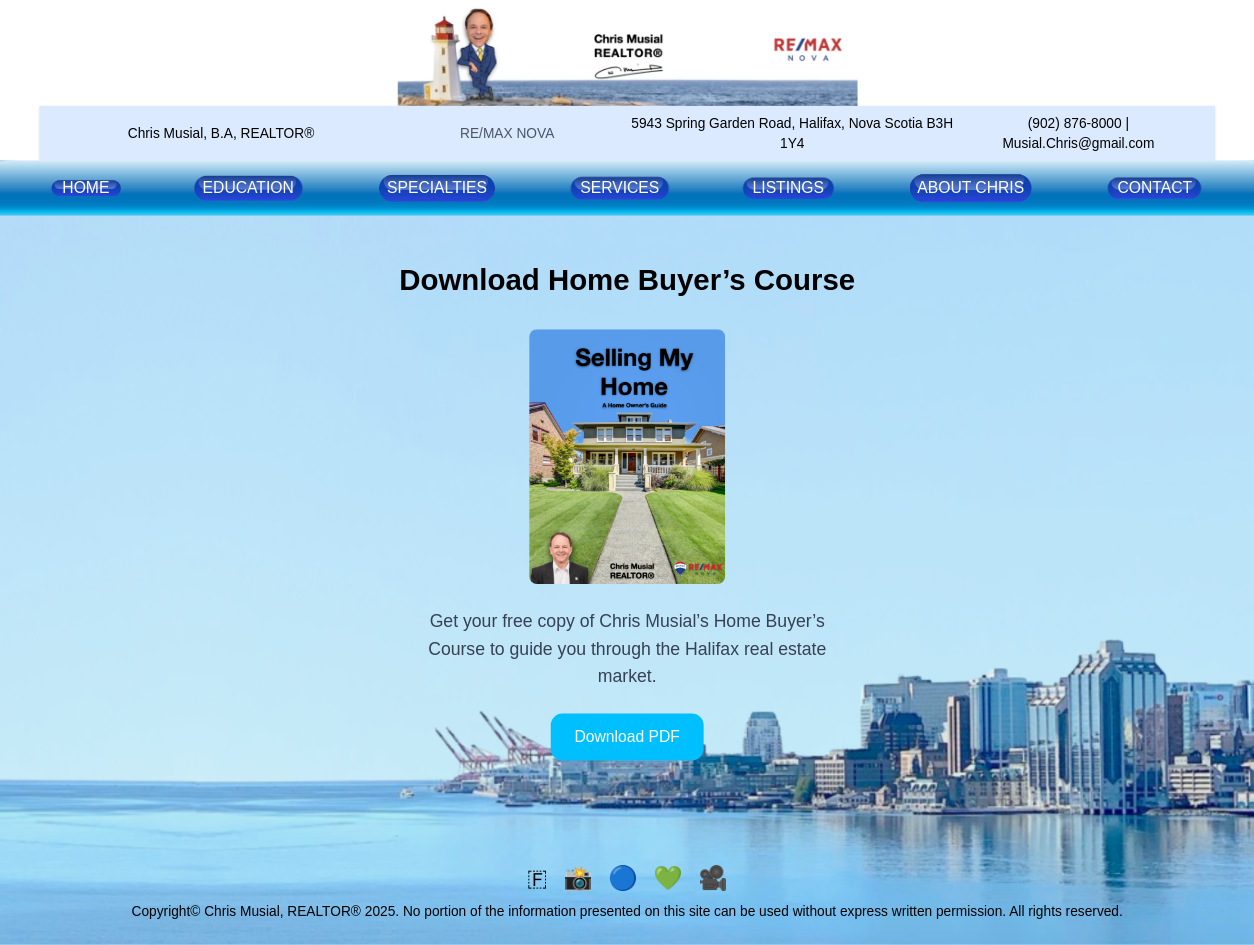
Repository: TMuse333/father-website
Page: /HomeBuyersCourse (app in frontend/)
The author's editor kept a copy of each file at every save. The page is drawn from the files as they stood at one save, then again after a run of saves.
The browser window is 1280 px wide. The pictures show the whole page, at 98% of full size.
The project was rebuilt for these pictures with package versions that can differ from the ones it lists, and the page was loaded fresh each time. The framework's server and built-in components were replaced by stand-ins that run in the browser. Also part of the build but not shown: frontend/next.config.ts.

Above is the page before, as saved 2025-05-23 21:48:16.

### frontend/src/app/HomeBuyersCourse/page.tsx
"use client"

import DownloadPage from "@/components/downloadPage/downloadPage"


const Page = () => {


    return (
        <>
        <DownloadPage/>
        </>
    )
}

export default Page

### frontend/src/components/downloadPage/downloadPage.tsx

"use client";

import React from "react";
import Image from "next/image";
import Head from "next/head";
import { motion } from "framer-motion";
import Navbar from "../navbar/navbar";

interface DownloadPageProps {
  pdfPath?: string;
  brochureImage?: string;
}

const DownloadPage: React.FC<DownloadPageProps> = ({
  pdfPath = "/chris-musial-home-buyers-course.pdf",
  brochureImage = "/home.png",
}) => {
  return (
    <div className="min-h-screen bg-gray-100 text-black flex flex-col relative">
      {/* Background Image */}
      <Image
        src="/portrait.png"
        alt="Cityscape Background"
        fill
        className="object-cover z-0"
        priority
        style={{ objectPosition: "0 100%" }}
      />

      {/* Header Section */}
      <header className="relative z-10 bg-white">
        <div className="relative w-full h-[15vh] max-h-[150px]">
          <Image
            src="/father-header.webp"
            alt="Chris Musial Realtor"
            fill
            className="object-contain max-w-[1200px] mx-auto"
            priority
          />
        </div>
        <div className="max-w-7xl mx-auto flex flex-col sm:flex-row justify-between items-center bg-white shadow max-w-[1200px] bg-blue-200">
          <div className="flex flex-col py-2 bg-blue-100 md:flex-row justify-between items-center w-full px-4 text-center">
            <div className="flex flex-col md:flex-row text-xs md:text-sm md:w-1/2 justify-around mb-4 md:mb-0">
              <p>Chris Musial, B.A, REALTOR®</p>
              <p className="text-gray-600">RE/MAX NOVA</p>
            </div>
            <div className="flex flex-col md:flex-row text-xs md:text-sm md:w-1/2 justify-around">
              <p>5943 Spring Garden Road, Halifax, Nova Scotia B3H 1Y4</p>
              <p>(902) 876-8000 | Musial.Chris@gmail.com</p>
            </div>
          </div>
        </div>
      </header>

      {/* Navigation */}
      <Navbar excludedLink="Download" />

      {/* Download Section */}
      <section className="max-w-7xl mx-auto py-12 px-4 relative z-10">
        <motion.h2
          className="text-3xl font-bold text-black mb-8 text-center"
          initial={{ opacity: 0, y: -20 }}
          animate={{ opacity: 1, y: 0 }}
          transition={{ duration: 0.6 }}
        >
          Download Home Buyer’s Course
        </motion.h2>
        <motion.div
          className="flex flex-col items-center mb-8 max-w-md mx-auto"
          initial={{ opacity: 0, scale: 0.95 }}
          animate={{ opacity: 1, scale: 1 }}
          transition={{ duration: 0.6, delay: 0.2 }}
        >
          <Image
            src={brochureImage}
            alt="Home Buyer's Course Brochure"
            width={200}
            height={200}
            className="object-contain rounded-lg mb-6"
          />
          <p className="text-lg text-gray-700 text-center mb-6">
            Get your free copy of Chris Musial’s Home Buyer’s Course to guide you
            through the Halifax real estate market.
          </p>
          <motion.a
            href={pdfPath}
            download
            className="bg-[#00bfff] text-white px-6 py-3 rounded-xl hover:scale-[1.05] transition-all"
            initial={{ opacity: 0, y: 20 }}
            animate={{ opacity: 1, y: 0 }}
            transition={{ duration: 0.6, delay: 0.4 }}
          >
            Download PDF
          </motion.a>
        </motion.div>
      </section>

      {/* Footer Section */}
      <footer className="py-6 relative z-10 text-black">
        <div className="max-w-7xl mx-auto px-4 flex flex-col items-center">
          <div className="flex space-x-4 mb-2">
            {["🇫", "📸", "🔵", "💚", "🎥"].map((icon) => (
              <a key={icon} href="#" className="text-2xl">
                {icon}
              </a>
            ))}
          </div>
          <p className="text-sm text-center">
            Copyright© Chris Musial, REALTOR® 2025. No portion of the information
            presented on this site can be used without express written permission.
            All rights reserved.
          </p>
        </div>
      </footer>
    </div>
  );
};

export default DownloadPage;

### frontend/src/components/navbar/navbar.tsx

"use client";

import React, { useState } from "react";
import { Menu, X } from "lucide-react";
import Link from 'next/link'

interface NavbarProps {
  excludedLink?: string;
}

const Navbar: React.FC<NavbarProps> = ({ excludedLink }) => {
  const [isMenuOpen, setIsMenuOpen] = useState(false);

  const toggleMenu = () => {
    setIsMenuOpen(!isMenuOpen);
  };

  const navItems = [
    { name: "Home", href: "/" },
    { name: "Education", href: "#education" },
    { name: "Specialties", href: "#specialties" },
    { name: "Services", href: "#services" },
    { name: "Listings", href: "#listings" },
    { name: "About Chris", href: "#about-chris" },
    { name: "Contact", href: "/contact" },
  ];

  const filteredNavItems = excludedLink
    ? navItems.filter(
        (item) => item.name.toLowerCase() !== excludedLink.toLowerCase()
      )
    : navItems;

  return (
    <nav
      className="text-white p-2 relative z-10"
      style={{
        backgroundImage: "url('/container.png')",
        backgroundSize: "cover",
        backgroundPosition: "center",
      }}
    >
      <div className="max-w-7xl mx-auto px-4">
        <div className="flex justify-between items-center md:hidden">
          <button onClick={toggleMenu} className="p-2 focus:outline-none">
            {isMenuOpen ? <X size={24} /> : <Menu size={24} />}
          </button>
        </div>
        <div
          className={`${
            isMenuOpen ? "flex" : "hidden"
          } md:flex flex-col md:flex-row md:justify-around md:space-x-4 space-y-2 md:space-y-0 py-2 md:py-0 transition-all duration-300 ease-in-out`}
        >
          {filteredNavItems.map((item) => (
            <Link
              key={item.name}
              href={item.href}
              className="px-4 py-2 rounded hover:scale-[1.15] text-center transition-all"
              style={{
                backgroundImage: "url('/button-bg.png')",
                backgroundSize: "cover",
                backgroundPosition: "center",
              }}
              onClick={() => setIsMenuOpen(false)}
            >
              {item.name.toUpperCase()}
            </Link>
          ))}
        </div>
      </div>
    </nav>
  );
};

export default Navbar;

Loaded but not shown: frontend/src/app/layout.tsx (common file); frontend/src/app/globals.css (common file)

After the next 2 saves:
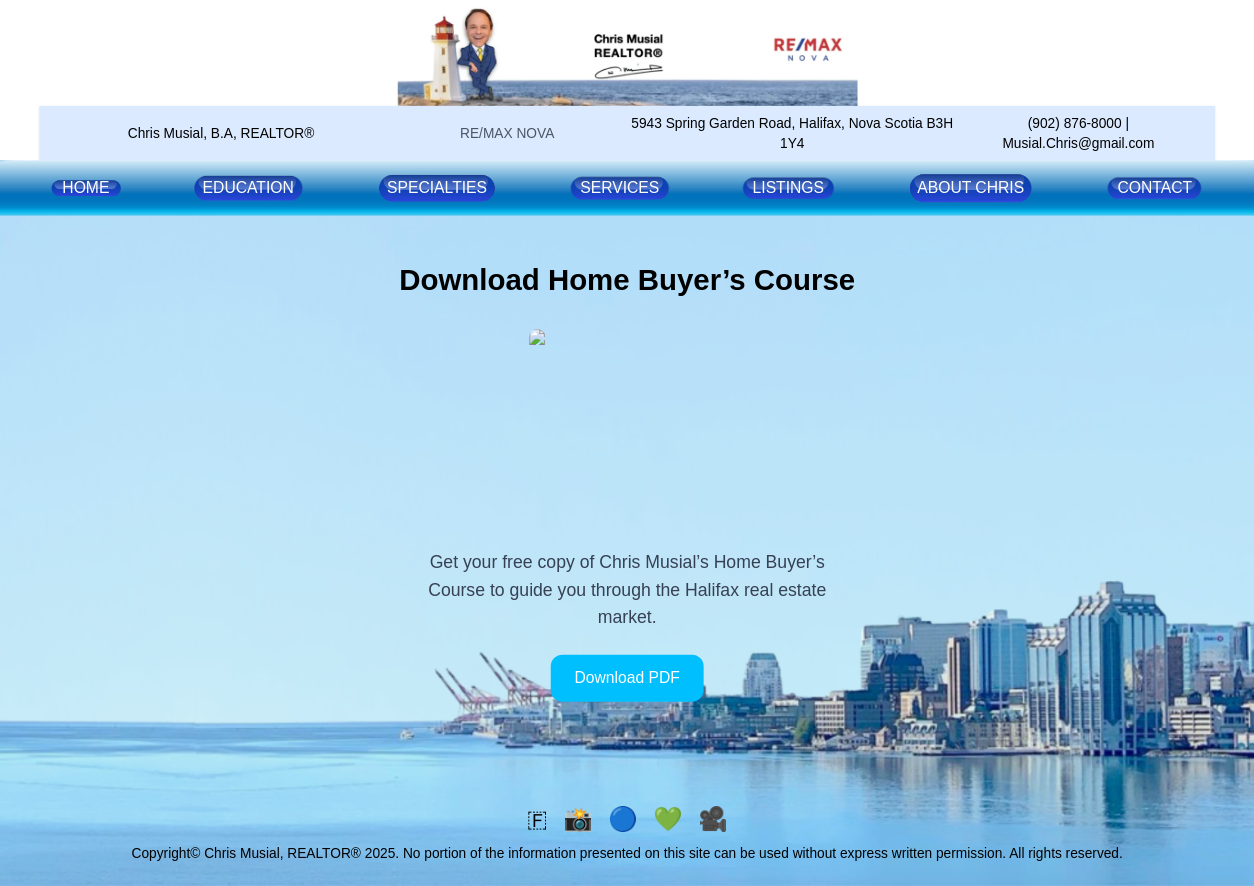
The 2 saves are shown as one change because they came seconds apart.
The last was saved 19 s later.
--- a/frontend/src/app/HomeBuyersCourse/page.tsx
+++ b/frontend/src/app/HomeBuyersCourse/page.tsx
@@ -8,7 +8,8 @@
 
     return (
         <>
-        <DownloadPage/>
+        <DownloadPage
+        brochureImage="/"/>
         </>
     )
 }
